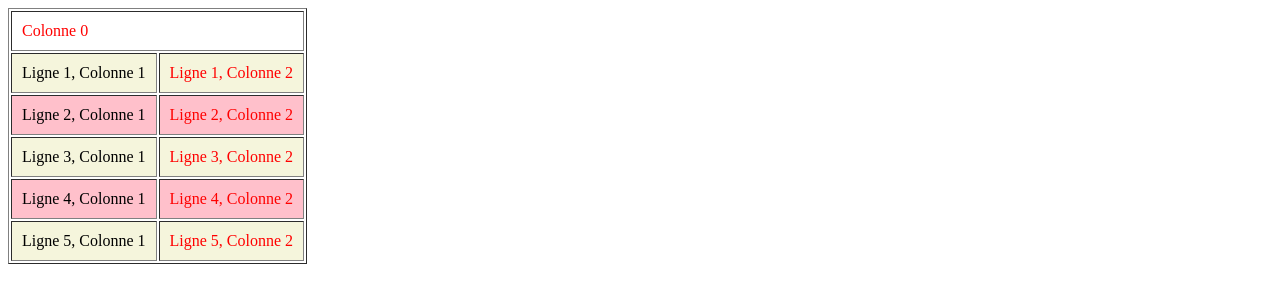
Repository: Chaimaa482/web-tp4
Page: ex1.html
An editor plug-in stored every save of this project. The page is shown before and after a run of saves, followed by the edit.
The browser window is 1280 px wide. The pictures show the whole page.

Above is the page before, as saved 2023-10-22 16:01:56.
Console error: TypeError: Failed to execute 'removeChild' on 'Node': parameter 1 is not of type 'Node'.

After the next 3 saves:
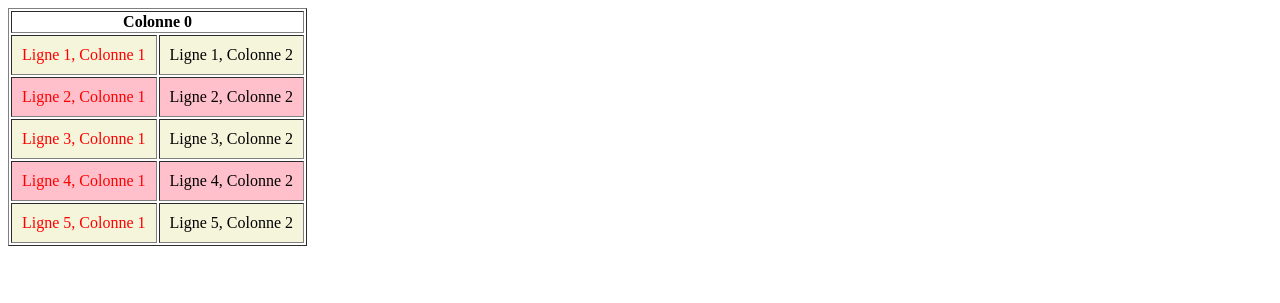
The 3 saves are shown as one change because they came seconds apart.
The last was saved 12 s later.
--- a/ex1.html
+++ b/ex1.html
@@ -14,7 +14,7 @@
 <body>
     <table id="myTable" border="1">
         <tr>
-            <td colSpan="2" >Colonne 0</td>
+            <th>Colonne 0</th>
         </tr>
         <tr>
             <td>Ligne 1, Colonne 1</td>
